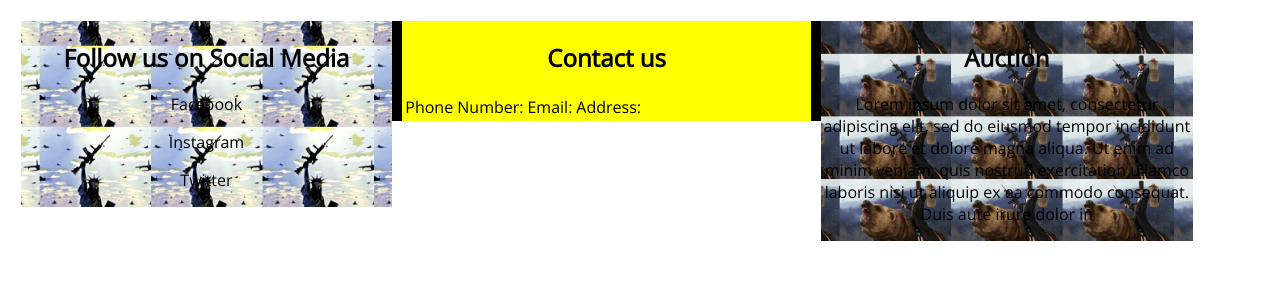
Repository: 3EyEdRav3n/10-2020-cohort-course
Page: week-1/Week-1 Assignment/index.html
An editor plug-in stored every save of this project. The page is shown before and after the next save, followed by the edit.
The browser window is 1280 px wide. The pictures show the whole page.

Above is the page before, as saved 2020-11-01 21:37:29.

### week-1/Week-1 Assignment/index.html
<!DOCTYPE html>
<html lang="en">
  <head>
    <meta charset="UTF-8" />
    <meta name="viewport" content="width=device-width, initial-scale=1.0" />
    <link rel="stylesheet" href="./styles.css" />
    <link
      href="https://fonts.googleapis.com/css2?family=Open+Sans&display=swap"
      rel="stylesheet"
    />
    <link
      href="https://fonts.googleapis.com/css2?family=Open+Sans&family=Roboto+Slab:wght@500&display=swap"
      rel="stylesheet"
    />

    <title>VetTech</title>
  </head>
  <body>
    <div class="container">
      <div class="left-col">
        <h2>Follow us on Social Media</h2>
        <p>Facebook</p>
        <p>Instagram</p>
        <p>Twitter</p>
      </div>

      <div class="center-col">
        <h2>Contact us</h2>
        <table class="contact">
          <thead>
            <tr>
              <td>Phone Number:</td>
              <td>Email:</td>
              <td>Address:</td>
            </tr>
          </thead>
          <tbody></tbody>
        </table>
      </div>
      <div class="right-col">
        <h2>Auction</h2>
        <p>
          Lorem ipsum dolor sit amet, consectetur adipiscing elit, sed do
          eiusmod tempor incididunt ut labore et dolore magna aliqua. Ut enim ad
          minim veniam, quis nostrud exercitation ullamco laboris nisi ut
          aliquip ex ea commodo consequat. Duis aute irure dolor in
        </p>
      </div>
    </div>
  </body>
</html>

### week-1/Week-1 Assignment/styles.css

.container{
        font-family: 'Open Sans', sans-serif;
        min-height:500px;
        padding: 1%;
        box-sizing: border-box;
}
.left-col{
        background-image: url("/images/liberty.jpg");
        background-position: bottom center;
        background-size: 30%;
        background-color: #cccccc;
        text-align: center;
        width: 30%;
        float: left;
}
.center-col{
        background-color: yellow;
        border-left: 10px solid;
        border-right: 10px solid;
        text-align: center;
        width: 33%;
        float: left;
}
.right-col{
        background-image: url("/images/lincoln.jpg");
        background-position: bottom center;
        background-size: 30%;
        background-color: #cccccc;
        text-align: center;
        float: left;
        width: 30%;

}



h1 {
        font-family: 'Open Sans', sans-serif;
}

After the next save:
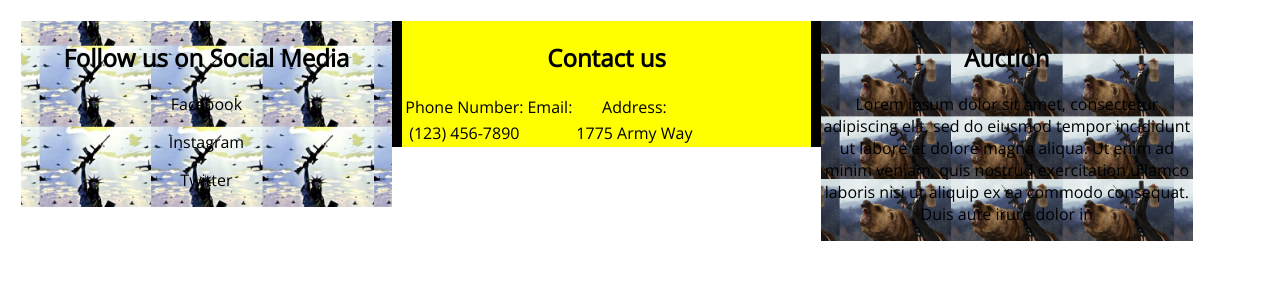
Saved 2 min 45 s later.
--- a/week-1/Week-1 Assignment/index.html
+++ b/week-1/Week-1 Assignment/index.html
@@ -34,7 +34,13 @@
               <td>Address:</td>
             </tr>
           </thead>
-          <tbody></tbody>
+          <tbody>
+            <tr>
+              <td>(123) 456-7890</td>
+              <td><John class="Smith@google com"></John></td>
+              <td>1775 Army Way</td>
+            </tr>
+          </tbody>
         </table>
       </div>
       <div class="right-col">
